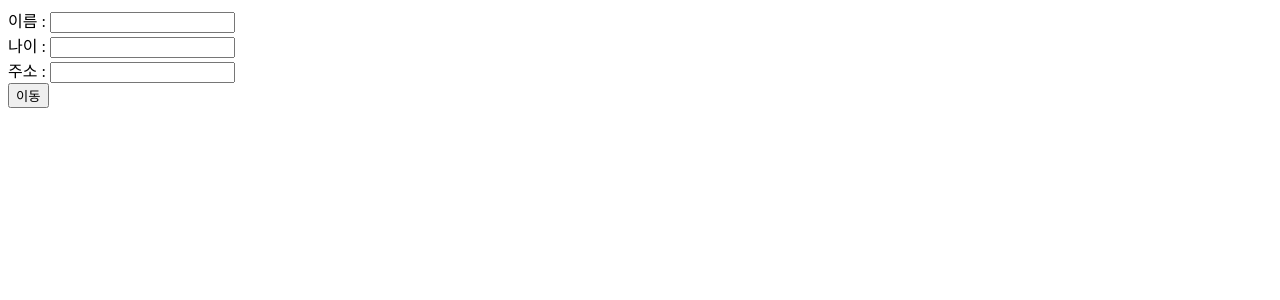
Repository: suhong99/servletLecture
Page: sample05/src/main/webapp/index.html
The author's editor kept a copy of each file at every save. The page is drawn from the files as they stood at one save, then again after the next save.
The browser window is 1280 px wide. The pictures show the whole page.

Above is the page before, as saved 2023-06-27 05:14:06.

After the next save:
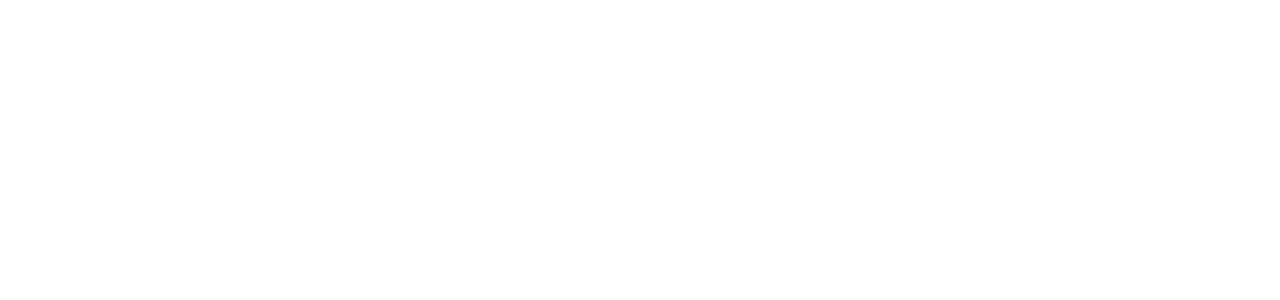
Saved 81 s later.
--- a/sample05/src/main/webapp/index.html
+++ b/sample05/src/main/webapp/index.html
@@ -3,6 +3,8 @@
 <head>
 <meta charset="UTF-8">
 <title>Insert title here</title>
+<script src="https://ajax.googleapis.com/ajax/libs/jquery/3.6.4/jquery.min.js"></script>
+<script>
 </head>
 <body>
 

After the save that followed:
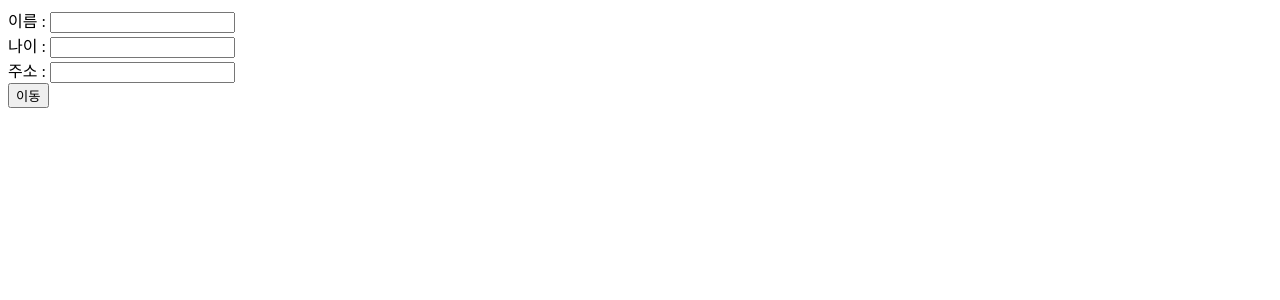
Saved 14 s later.
--- a/sample05/src/main/webapp/index.html
+++ b/sample05/src/main/webapp/index.html
@@ -4,7 +4,7 @@
 <meta charset="UTF-8">
 <title>Insert title here</title>
 <script src="https://ajax.googleapis.com/ajax/libs/jquery/3.6.4/jquery.min.js"></script>
-<script>
+
 </head>
 <body>
 
